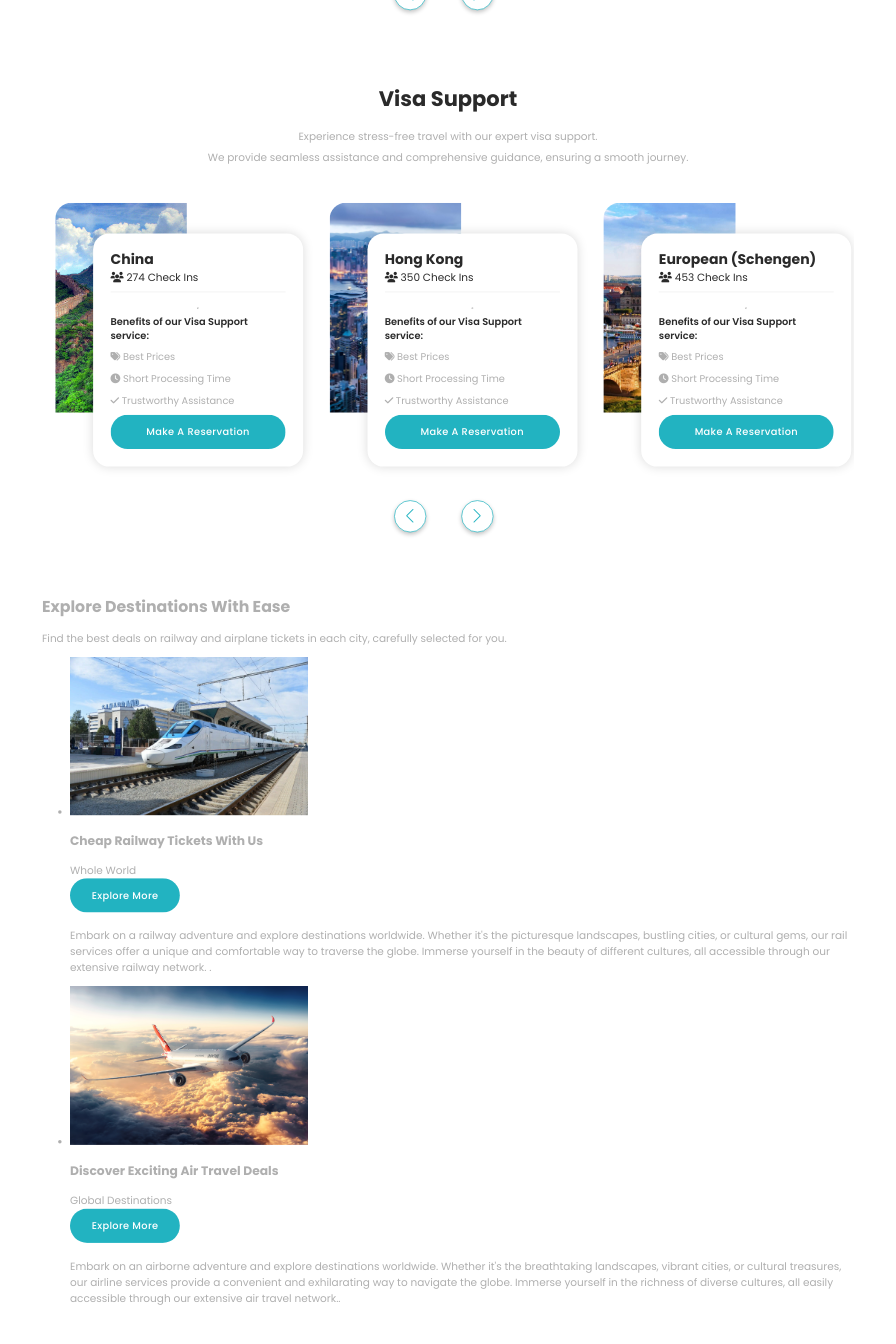
Repository: asadbekdev07/asadbekdev-zamontour-react
Page: /
These files come from the project's save history. The page is drawn as it stood at one moment and after the next save; the edit follows.
The browser window is 1280 px wide. The pictures show the part of the page from y = 1382 to 3302 px (the page is 3302 px tall before and 2881 px after), at 70% of full size.
The project was rebuilt for these pictures with package versions that can differ from the ones it lists, and the page was loaded fresh each time. Also part of the build but not shown: vite.config.js.

Above is the page before, as saved 2024-05-26 18:19:20.

After the next save:
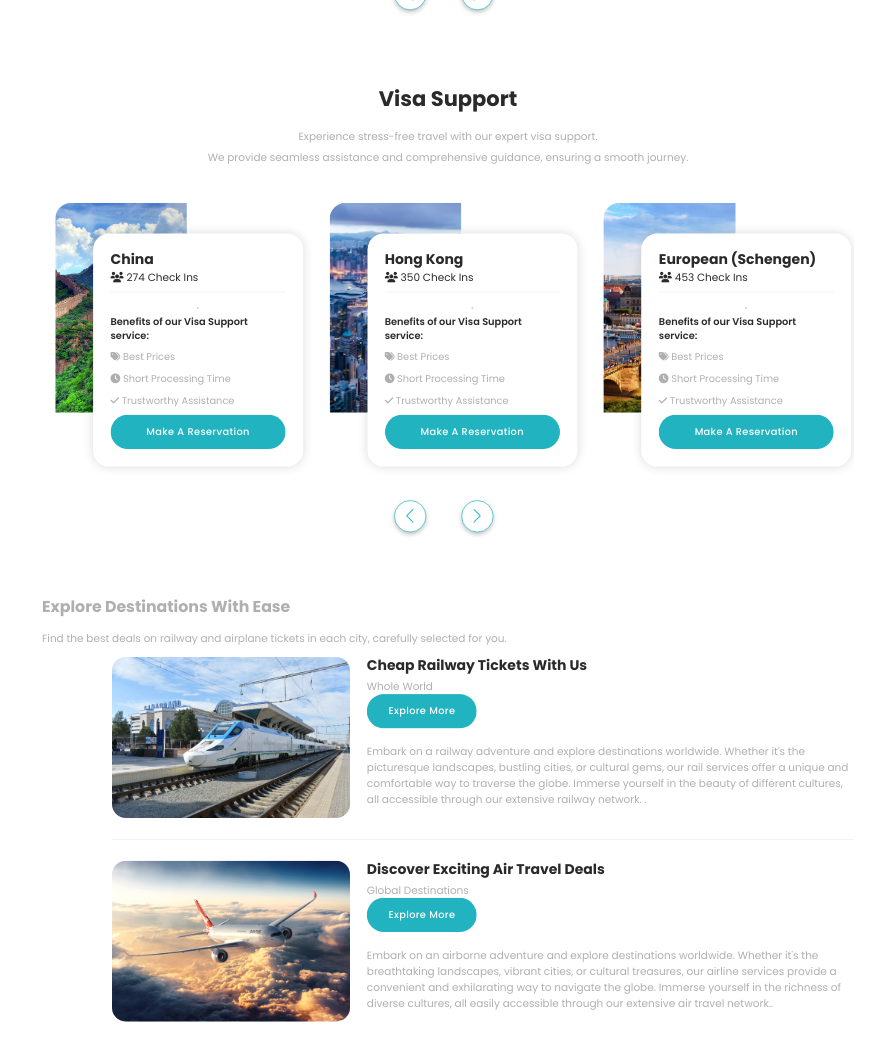
Saved 50 s later.
--- a/src/assets/styles/index.css
+++ b/src/assets/styles/index.css
@@ -602,6 +602,41 @@ select:-webkit-autofill:focus {
   line-height: 30px;
 }
 
+.destination__list {
+  padding: 0;
+  margin: 0;
+  list-style: none;
+  padding-left: 100px;
+}
+
+.destination__item {
+  display: flex;
+}
+.destination__item:not(:last-child) {
+  padding-bottom: 30px;
+  margin-bottom: 30px;
+  border-bottom: 1px solid #eeeeee;
+}
+
+.destination__img {
+  margin-right: 24px;
+  border-radius: 20px;
+}
+
+.destination__inner {
+  width: 75%;
+  position: relative;
+}
+
+.destination__inner-heading {
+  margin: 0;
+  margin-bottom: 6px;
+  font-weight: 700;
+  font-size: 20px;
+  line-height: 24px;
+  color: #2a2a2a;
+}
+
 @media only screen and (min-width: 1000px) and (max-width: 1200px) {
   .offers__card {
     width: 30%;
